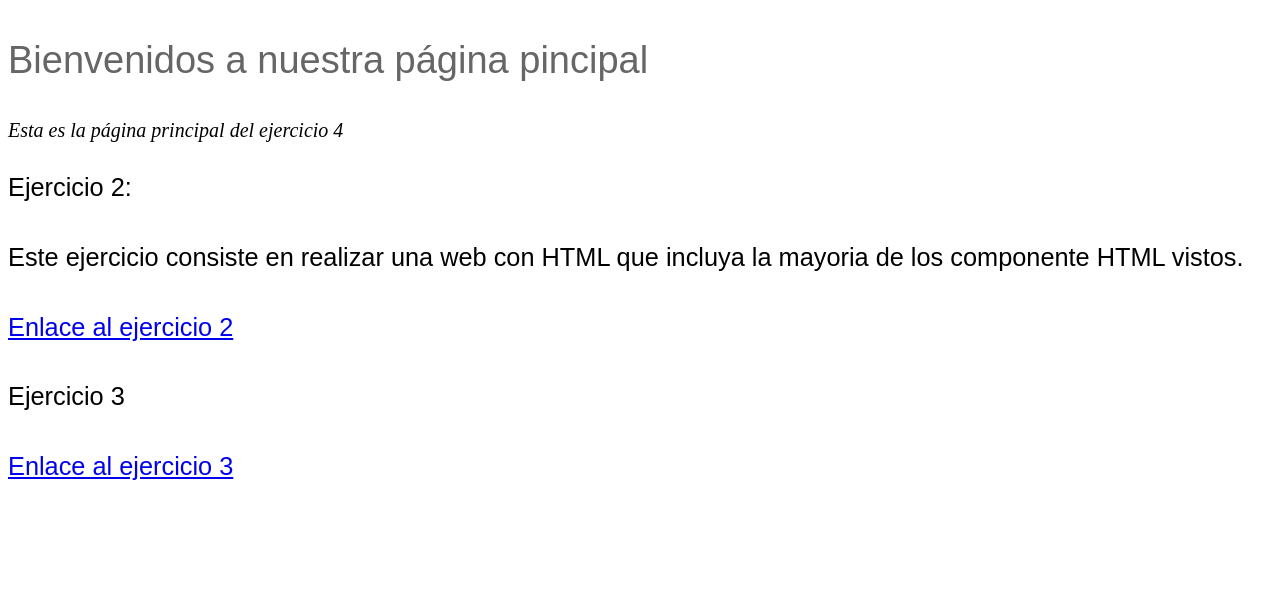
Repository: conmarred/Ejercicio4-Web
Page: Ejercicio4Web/src/main/webapp/index.html
These files come from the project's save history. The page is drawn as it stood at one moment and after the next save; the edit follows.
The browser window is 1280 px wide. The pictures show the whole page.
Some web fonts or font styles are not loaded; a fallback is used.

Above is the page before, as saved 2022-03-09 12:22:49.

### Ejercicio4Web/src/main/webapp/index.html
<!DOCTYPE html>
<html>
<head>
	<meta charset="UTF-8">
	<title>Pagina principal</title>
	<link rel="stylesheet" href="css/estilos.css">
</head>
<body>
	<div id="main">

		<section id="top">
			<div class="container">
				<h1>Bienvenidos a nuestra página pincipal</h1>
				<p class="titulo2">Esta es la página principal del ejercicio 4</p>
				<p>Ejercicio 2:</p>
				<p>Este ejercicio consiste en realizar
				una web con HTML que incluya la mayoria de los componente HTML vistos.</p>
				<a href="ejercicio2.html">Enlace al ejercicio 2</a>
				<p>Ejercicio 3</p>
				<a href="ejercicio3.html">Enlace al ejercicio 3</a>
			</div>
		</section>
	</div>

</body>
</html>

### Ejercicio4Web/src/main/webapp/css/estilos.css
@import url("fontawesome-all.min.css");
@import url("https://fonts.googleapis.com/css?family=Source+Sans+Pro:300,300italic,400,600");


/* Basic */

html {
	box-sizing: border-box;
}


body {
	background: #fff;
	font-family: 'Source Sans Pro', sans-serif;
	font-size: 19pt;
	font-weight: 300;
	line-height: 1.75em;
}


h1 {
	font-weight: 300;
	color: #666;
	line-height: 1.5em;
}


/* Container */

.container {
	margin: 0 auto;
	max-width: 100%;
	width: 1400px;
}

@media screen and (max-width: 700px) {

	.container {
		width: 100%;
	}

}


/* Section */

section {
	margin-bottom: 3em;
}

.titulo1 {
	font: 400 50px Bitter, serif;
	line-height: 20px;
	color: black;
	text-align: center;
}

.titulo2 {
	font-family: Bitter, serif;
	font-weight: 400;
	font-style: italic;
	font-size: 20px;
	line-height: 20px;
	color: black;
	text-align: left;
}

After the next save:
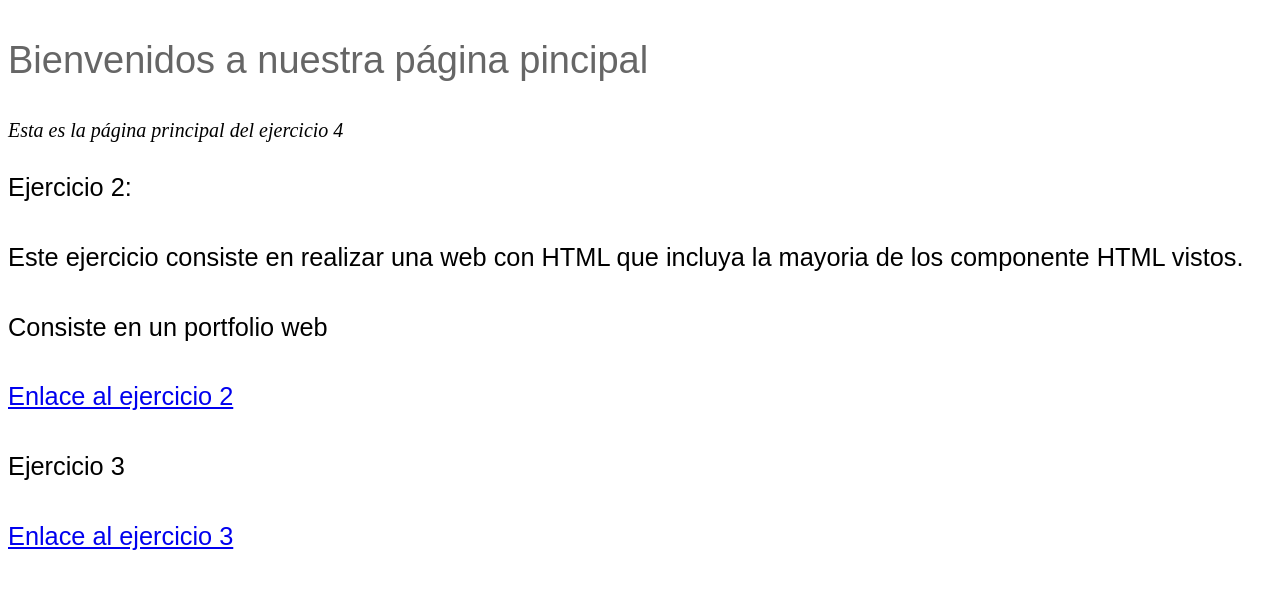
Saved 44 s later.
--- a/Ejercicio4Web/src/main/webapp/index.html
+++ b/Ejercicio4Web/src/main/webapp/index.html
@@ -15,6 +15,7 @@
 				<p>Ejercicio 2:</p>
 				<p>Este ejercicio consiste en realizar
 				una web con HTML que incluya la mayoria de los componente HTML vistos.</p>
+				<p>Consiste en un portfolio web</p>
 				<a href="ejercicio2.html">Enlace al ejercicio 2</a>
 				<p>Ejercicio 3</p>
 				<a href="ejercicio3.html">Enlace al ejercicio 3</a>
